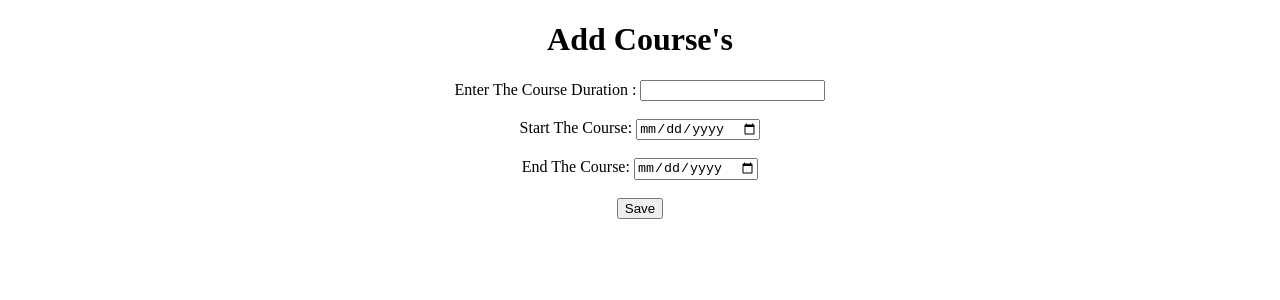
Repository: Gauravsh20/CollegeProject
Page: http://localhost/Clg_project/Add_Courses.jsp
The author's editor kept a copy of each file at every save. The page is drawn from the files as they stood at one save, then again after the next save.
The browser window is 1280 px wide. The pictures show the whole page.
The page is served by Tomcat 9. Other server files are loaded and not shown.

Above is the page before, as saved 2022-10-25 05:01:59.

### Clg_project/src/main/webapp/Add_Courses.jsp
<%@ page language="java" contentType="text/html; charset=ISO-8859-1"
    pageEncoding="ISO-8859-1"%>
<!DOCTYPE html>
<html>
<head>
	<meta name="viewport" content="width=device-width, initial-scale=1">
	<meta charset="ISO-8859-1">
<title>Insert title here</title>
</head>
<body>
<center><form action="">
<h1>Add Course's</h1>
Enter The Course Duration :
<input type="number" name="courseno"/><br/><br/>
Start The Course:
<input type="Date" name="startDate"/><br/><br/>
End The Course:
<input type="Date" name="endDate"/><br/><br/>
<input type="Submit" value="Save"/><br/><br/>
</form></center>
</body>
</html>

After the next save:
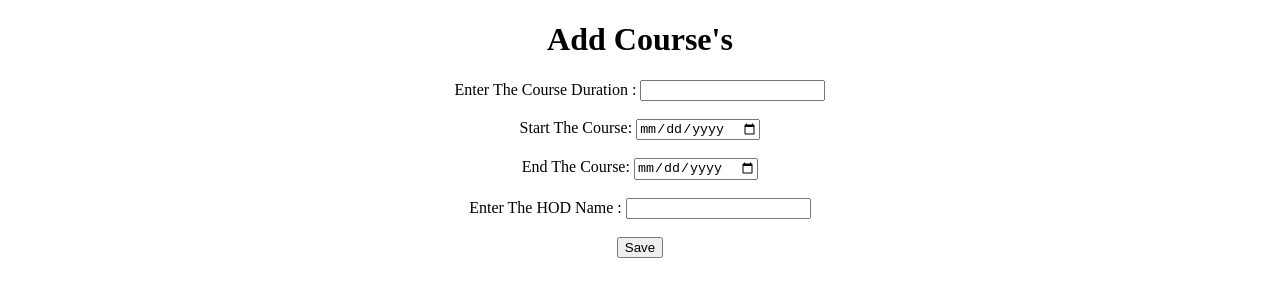
Saved 115 s later.
--- a/Clg_project/src/main/webapp/Add_Courses.jsp
+++ b/Clg_project/src/main/webapp/Add_Courses.jsp
@@ -16,6 +16,8 @@ Start The Course:
 <input type="Date" name="startDate"/><br/><br/>
 End The Course:
 <input type="Date" name="endDate"/><br/><br/>
+Enter The HOD Name :
+<input type="txt" name="courseno"/><br/><br/>
 <input type="Submit" value="Save"/><br/><br/>
 </form></center>
 </body>
